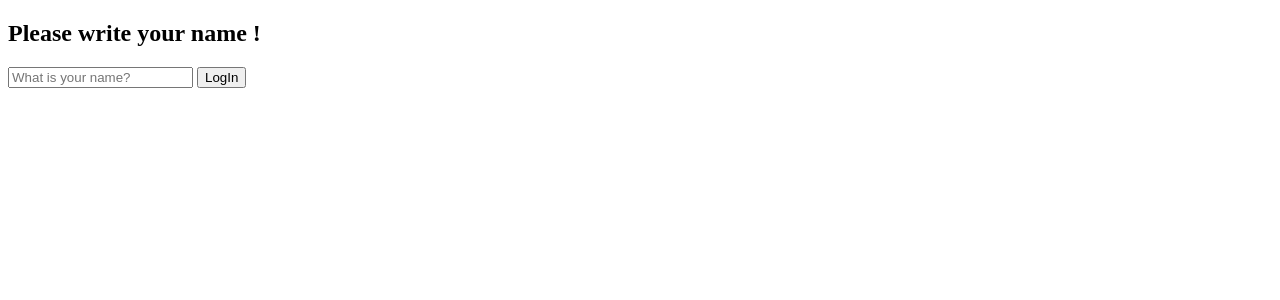
Repository: eunsuneun/js-momentum
Page: index.html
These files come from the project's save history. The page is drawn as it stood at one moment and after a run of saves; the edit follows.
The browser window is 1280 px wide. The pictures show the whole page.

Above is the page before, as saved 2021-09-01 15:39:12.

### index.html
<!DOCTYPE html>
<html lang="en">

<head>
  <meta charset="UTF-8">
  <meta name="viewport" content="width=device-width, initial-scale=1.0">
  <link rel="stylesheet" href="./css/style.css">
  <script src="./js/greeting.js"></script>
  <script src="./js/clock.js"></script>
  <title>Momentum</title>
</head>
<h2 class="clock">00:00</h2>
<form class="login-form hidden">
  <input type="text" placeholder="What is your name?">
  <button>LogIn</button>
</form>
<h1 class="greeting hidden"></h1>
<button class="logout hidden">LogOut</button>
<p class="alert-txt hidden"></p>

<body>

</body>

</html>

### js/greeting.js
document.addEventListener('DOMContentLoaded', () => {
  const $loginForm = document.querySelector('.login-form');
  const $loginInput = $loginForm.querySelector('input');
  const $greeting = document.querySelector('.greeting');
  const $alertTxt = document.querySelector('.alert-txt');
  const $logoutBtn = document.querySelector('.logout');
  const HIDDEN_CLASS = 'hidden';
  const USERNAME_KEY = 'userName';

  function onLogIn(event) {
    event.preventDefault();
    const userName = $loginInput.value;
    if (userName === '') {
      $alertTxt.innerText = 'Please write your name !';
      $alertTxt.classList.remove(HIDDEN_CLASS);
      return;
    }
    if (userName.length > 15) {
      $alertTxt.innerText = 'Your name is too long !';
      $alertTxt.classList.remove(HIDDEN_CLASS);
      return;
    }
    $loginForm.classList.add(HIDDEN_CLASS);
    $alertTxt.classList.add(HIDDEN_CLASS);
    localStorage.setItem(USERNAME_KEY, userName);
    greeting(userName);
  }
  function greeting(username) {
    $greeting.textContent = `Hello ${username}`;
    $greeting.classList.remove(HIDDEN_CLASS);
    $logoutBtn.classList.remove(HIDDEN_CLASS);
  }
  const savedUsername = localStorage.getItem(USERNAME_KEY);
  if (!savedUsername) {
    // show the form
    $loginForm.classList.remove(HIDDEN_CLASS);
    $loginForm.addEventListener('submit', onLogIn);
  } else {
    // show the greeting
    greeting(savedUsername);
  }
  function onLogOut() {
    localStorage.removeItem(USERNAME_KEY);
    $loginForm.classList.remove(HIDDEN_CLASS);
    $greeting.classList.add(HIDDEN_CLASS);
    $logoutBtn.classList.add(HIDDEN_CLASS);
    $loginInput.value = '';
    $loginInput.focus();
  }
  $logoutBtn.addEventListener('click', onLogOut);
});

### js/clock.js
document.addEventListener('DOMContentLoaded', () => {
  const $clock = document.querySelector('.clock');
  $clock.innerText = 'Please write your name !';
  function sayHello() {
    console.log('hello');
  }
  setInterval(sayHello, 5000);
});

Loaded but not shown: css/style.css (common file)

After the next 3 saves:
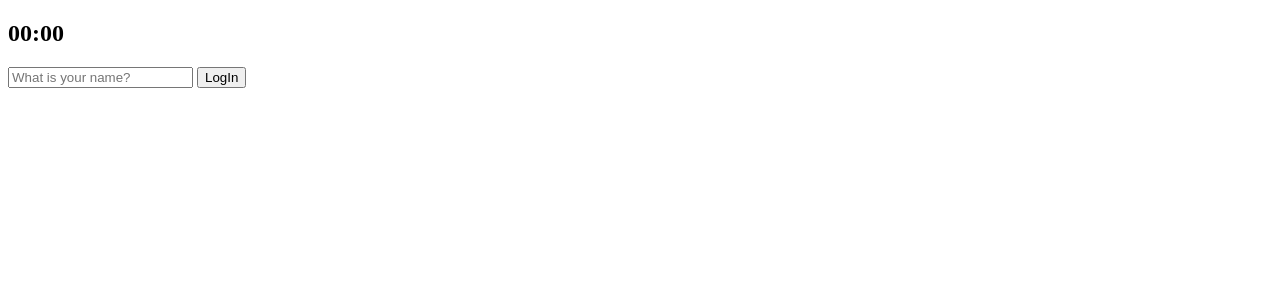
The 3 saves are shown as one change because they came seconds apart.
The last was saved 2 min 8 s later.
--- a/js/clock.js
+++ b/js/clock.js
@@ -1,8 +1,4 @@
 document.addEventListener('DOMContentLoaded', () => {
   const $clock = document.querySelector('.clock');
-  $clock.innerText = 'Please write your name !';
-  function sayHello() {
-    console.log('hello');
-  }
-  setInterval(sayHello, 5000);
+
 });
